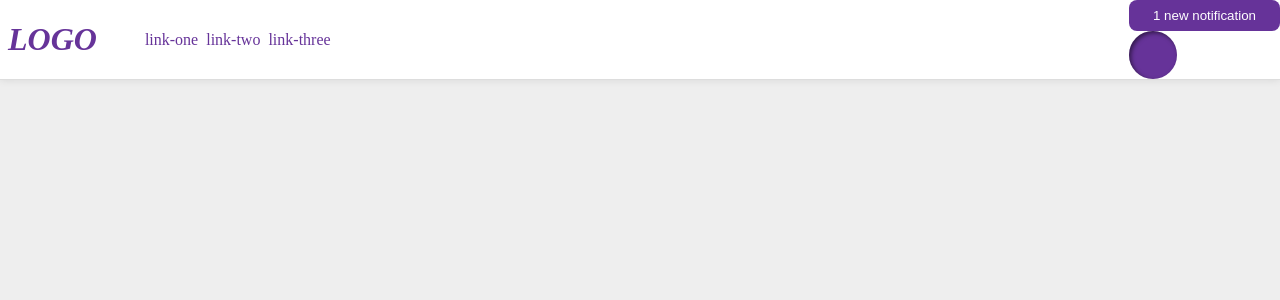
Repository: bbrockbrown/css-exercises
Page: flex/03-flex-header-2/index.html
An editor plug-in stored every save of this project. The page is shown before and after the next save, followed by the edit.
The browser window is 1280 px wide. The pictures show the whole page.
Some web fonts or font styles are not loaded; a fallback is used.

Above is the page before, as saved 2024-07-21 13:12:42.

### flex/03-flex-header-2/index.html
<!DOCTYPE html>
<html lang="en">
  <head>
    <meta charset="UTF-8">
    <meta http-equiv="X-UA-Compatible" content="IE=edge">
    <meta name="viewport" content="width=device-width, initial-scale=1.0">
    <title>Flex Header 2</title>
    <link rel="stylesheet" href="style.css">
  </head>
  <body>
    <div class="header">
      <div class="left-container">
        <div class="logo">
          LOGO
        </div>
        <ul class="links">
          <li><a href="https://google.com">link-one</a></li>
          <li><a href="https://google.com">link-two</a></li>
          <li><a href="https://google.com">link-three</a></li>
        </ul>
      </div>

      <div class="right-container">
        <button class="notifications">
          1 new notification
        </button>
        <div class="profile-image"></div>
      </div>

    </div>
  </body>
</html>

### flex/03-flex-header-2/style.css
/* this is some magical font-importing.
you'll learn about it later. */
@import url('https://fonts.googleapis.com/css2?family=Besley:ital,wght@0,400;1,900&display=swap');

body {
  margin: 0;
  background: #eee;
  font-family: Besley, serif;
}

.header {
  background: white;
  border-bottom: 1px solid #ddd;
  box-shadow: 0 0 8px rgba(0,0,0,.1);
  display: flex;
  justify-content: space-between;
}

.left-container {
  display: flex;
  justify-content: space-between;
  align-items: center;
}


.profile-image {
  background: rebeccapurple;
  box-shadow: inset 2px 2px 4px rgba(0,0,0,.5);
  border-radius: 50%;
  width: 48px;
  height: 48px;
}

.logo {
  color: rebeccapurple;
  font-size: 32px;
  font-weight: 900;
  font-style: italic;
  margin: 8px;
}

button {
  border: none;
  border-radius: 8px;
  background: rebeccapurple;
  color: white;
  padding: 8px 24px;
}

a {
  /* this removes the line under our links */
  text-decoration: none;
  color: rebeccapurple;
}

ul {
  list-style-type: none;
  display: flex;
  gap: 8px;
}

After the next save:
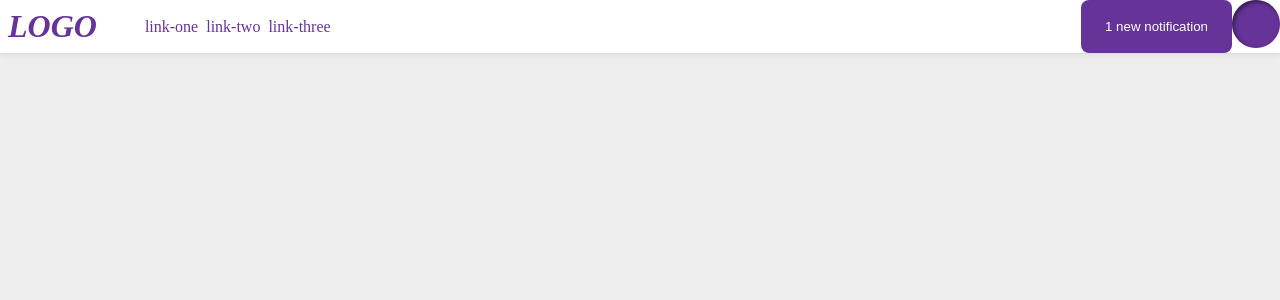
Saved 22 s later.
--- a/flex/03-flex-header-2/style.css
+++ b/flex/03-flex-header-2/style.css
@@ -20,6 +20,10 @@ body {
   display: flex;
   justify-content: space-between;
   align-items: center;
+}
+
+.right-container {
+  display: flex;
 }
 
 
